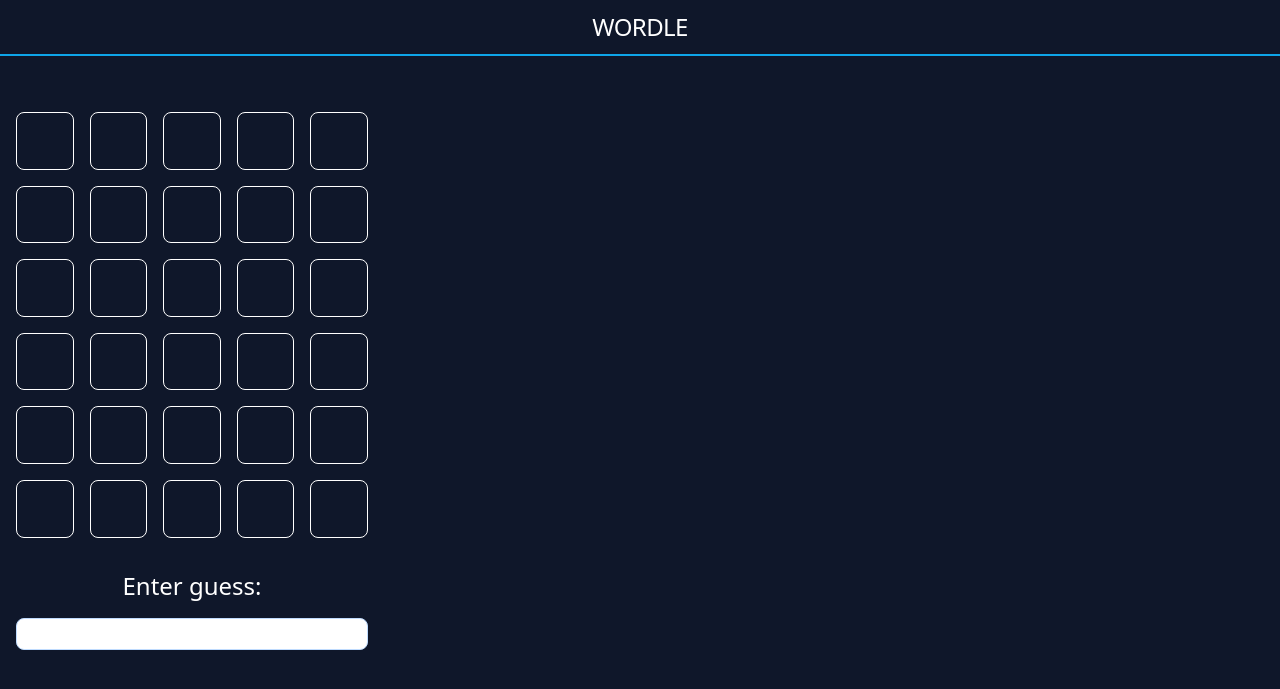
Repository: hjubsoni/basic-wordle-game
Page: / (app in client/)
An editor plug-in stored every save of this project. The page is shown before and after the next save, followed by the edit.
The browser window is 1280 px wide. The pictures show the whole page.
The page's requests for data from a server got no answer. The project was rebuilt for these pictures with package versions that can differ from the ones it lists, and the page was loaded fresh each time. No one was signed in, and anything a server would have sent is missing. Also part of the build but not shown: client/vite.config.ts.

Above is the page before, as saved 2023-01-27 16:57:08.

### client/src/main.tsx
import React from 'react';
import ReactDOM from 'react-dom/client';
import App from './App';
import './index.css';

ReactDOM.createRoot(
  document.getElementById('root') as HTMLElement
).render(
  <React.StrictMode>
    <App />
  </React.StrictMode>
);

### client/src/App.tsx
import React from 'react';
import Header from './components/Header';
import Game from './components/Game';

function App() {
  return (
    <div className="h-full">
      <Header />
      <Game />
    </div>
  );
}

export default App;

### client/src/index.css
@tailwind base;
@tailwind components;
@tailwind utilities;

@layer base {
  html,
  body,
  #root {
    @apply h-full bg-slate-900;
  }
}

### client/src/components/Header/Header.tsx
import React from 'react';

function Header() {
  return (
    <header className="flex h-14 items-center justify-center  border-b-2 border-sky-500 ">
      <h2 className="uppercase text-white text-2xl tracking-tight">
        Wordle
      </h2>
    </header>
  );
}

export default Header;

### client/src/components/Game/Game.tsx
import React from 'react';
import { range } from '../../utils/range';
import Row from '../Row';
import Cell from '../Cell';
import Form from '../Form';

interface Styles {
  [key: string]: string;
}

function Game() {
  const [correctWord, setCorrectWord] = React.useState('');
  const [guessedWords, setGuessedWords] = React.useState<string[]>(
    new Array(6).fill('')
  );
  const [guess, setGuess] = React.useState<string>('');
  const [styles, setStyles] = React.useState<Styles[]>([]);

  const generateCorrectWord = async () => {
    const response = await fetch('http://localhost:5000/api');
    const words = await response.json();
    setCorrectWord(words[Math.floor(Math.random() * words.length)]);
  };

  React.useEffect(() => {
    generateCorrectWord();
  }, []);

  return (
    <main className="flex items-center justify-center flex-col gap-8 p-4 max-w-sm w-full">
      <div className="flex gap-4 flex-col max-w-sm w-full rouded-lg mt-10 mx-auto">
        {guessedWords.map((row, rowIdx) => {
          return (
            <Row key={rowIdx}>
              {range(5).map((_, cellIdx) => (
                <Cell key={cellIdx} letter={row[cellIdx]} />
              ))}
            </Row>
          );
        })}
      </div>

      <Form
        guess={guess}
        setGuess={setGuess}
        guessedWords={guessedWords}
        setGuessedWords={setGuessedWords}
        correctWord={correctWord}
      />
    </main>
  );
}

export default Game;

### client/src/utils/range.tsx
export const range = (start: number, end?: number, step = 1) => {
  let output = [];
  if (typeof end === 'undefined') {
    end = start;
    start = 0;
  }
  for (let i = start; i < end; i += step) {
    output.push(i);
  }
  return output;
};

### client/src/components/Cell/index.tsx
export { default } from './Cell';

### client/src/components/Row/Row.tsx
import React from 'react';

function Row({ children }: { children: React.ReactNode }) {
  return <div className="flex gap-4">{children}</div>;
}

export default Row;

### client/src/components/Cell/Cell.tsx
import React from 'react';

function Cell({ letter }: { letter: string }) {
  return (
    <div className="border border-white flex-1 aspect-square rounded-lg text-white text-3xl uppercase flex items-center justify-center">
      {letter}
    </div>
  );
}

export default Cell;

### client/src/components/Form/Form.tsx
import React from 'react';

interface FormProps {
  guess: string;
  setGuess: React.Dispatch<React.SetStateAction<string>>;
  guessedWords: string[];
  setGuessedWords: React.Dispatch<React.SetStateAction<string[]>>;
  correctWord: string;
}

function Form({
  guess,
  setGuess,
  guessedWords,
  setGuessedWords,
  correctWord,
}: FormProps) {
  const [currentRow, setCurrentRow] = React.useState(0);
  const handleSubmit = (e: React.FormEvent<HTMLFormElement>) => {
    e.preventDefault();
    const guessedWordsCopy = [...guessedWords];
    guessedWordsCopy[currentRow] = guess;
    setGuessedWords(guessedWordsCopy);
    setGuess('');
    setCurrentRow(currentRow + 1);
  };
  return (
    <form
      onSubmit={handleSubmit}
      className="flex gap-4 items-center flex-col w-full"
    >
      <label htmlFor="guess" className="text-white text-2xl">
        Enter guess:
      </label>
      <input
        className="border border-blue-200 rounded-lg px-2 h-8 w-full"
        type="text"
        id="guess"
        name="guess"
        value={guess}
        onChange={(e) => setGuess(e.target.value)}
        required={true}
        min={'5'}
        max={'5'}
      />
    </form>
  );
}

export default Form;

Loaded but not shown: client/index.html (common file); client/src/components/Header/index.tsx (common file); client/src/components/Game/index.tsx (common file); client/src/components/Row/index.tsx (common file); client/src/components/Form/index.tsx (common file); client/tailwind.config.cjs (common file)

After the next save:
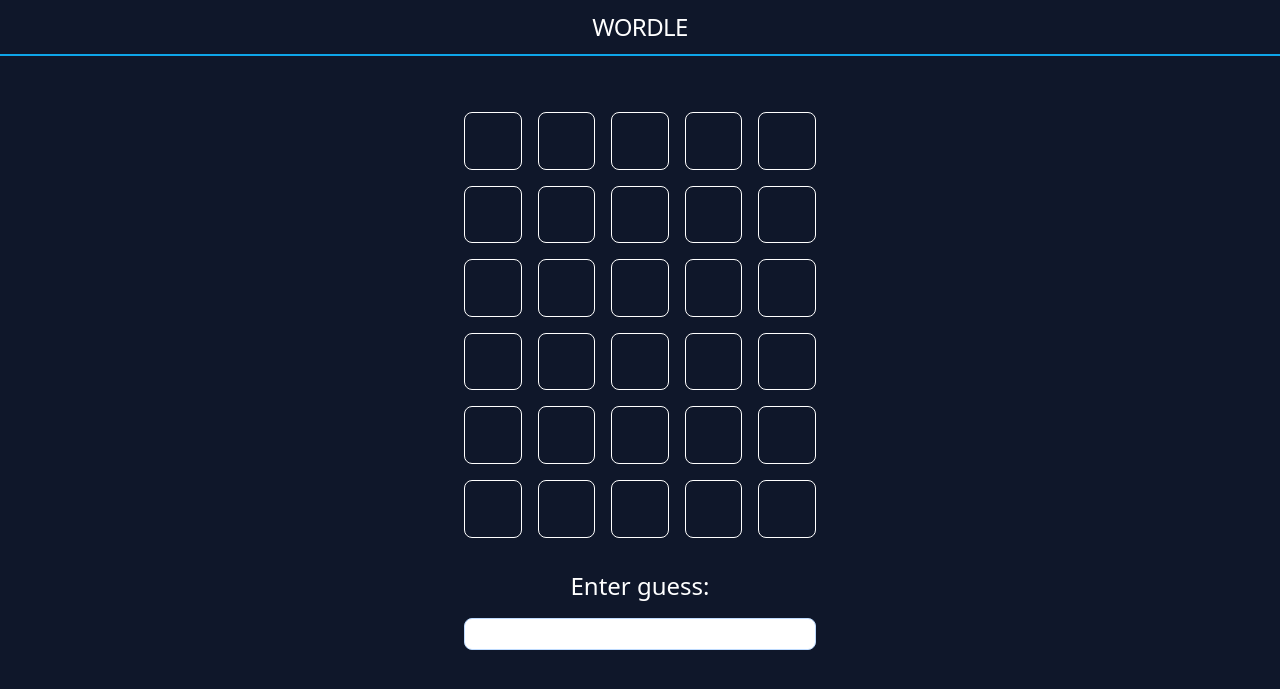
Saved 27 s later.
--- a/client/src/components/Game/Game.tsx
+++ b/client/src/components/Game/Game.tsx
@@ -27,8 +27,8 @@
   }, []);
 
   return (
-    <main className="flex items-center justify-center flex-col gap-8 p-4 max-w-sm w-full">
-      <div className="flex gap-4 flex-col max-w-sm w-full rouded-lg mt-10 mx-auto">
+    <main className="flex items-center justify-center flex-col gap-8 p-4 max-w-sm w-full mx-auto">
+      <div className="flex gap-4 flex-col max-w-sm w-full rouded-lg mt-10 ">
         {guessedWords.map((row, rowIdx) => {
           return (
             <Row key={rowIdx}>
